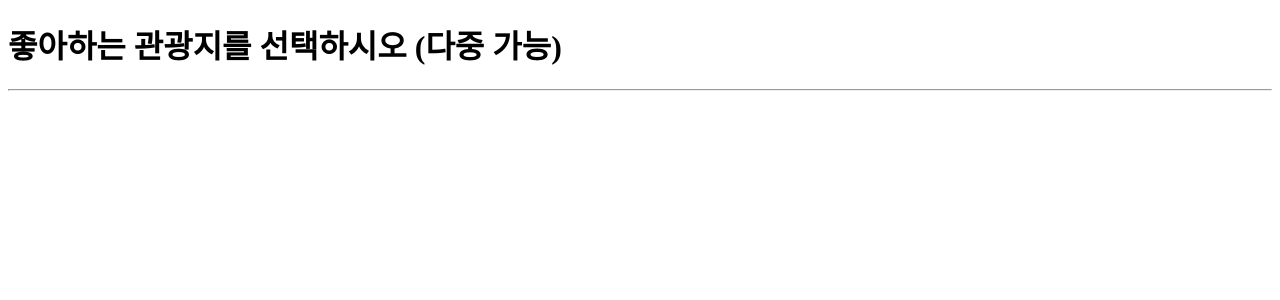
Repository: minimelody/servlet
Page: webworkspace2/web1/WebContent/views/ex1/check.html
The author's editor kept a copy of each file at every save. The page is drawn from the files as they stood at one save, then again after the next save.
The browser window is 1280 px wide. The pictures show the whole page.

Above is the page before, as saved 2018-05-17 08:04:56.

### webworkspace2/web1/WebContent/views/ex1/check.html
<!DOCTYPE html>
<html>
<head>
<meta charset="UTF-8">
<title>Insert title here</title>
</head>
<body>
	<h1>좋아하는 관광지를 선택하시오 (다중 가능)</h1>
	<hr>
	<form action="/web1/check"
</body>
</html>

After the next save:
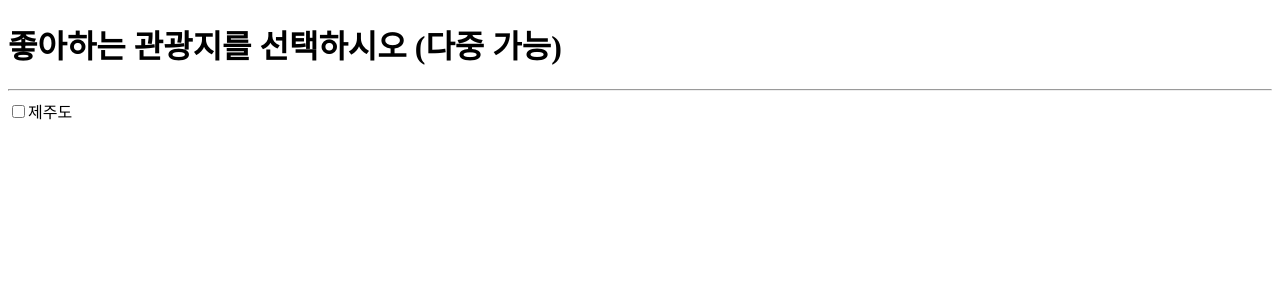
Saved 28 s later.
--- a/webworkspace2/web1/WebContent/views/ex1/check.html
+++ b/webworkspace2/web1/WebContent/views/ex1/check.html
@@ -7,6 +7,8 @@
 <body>
 	<h1>좋아하는 관광지를 선택하시오 (다중 가능)</h1>
 	<hr>
-	<form action="/web1/check"
+	<form action="/web1/check" method="get">
+		<input type="checkbox">제주도
+	</form>
 </body>
 </html>
